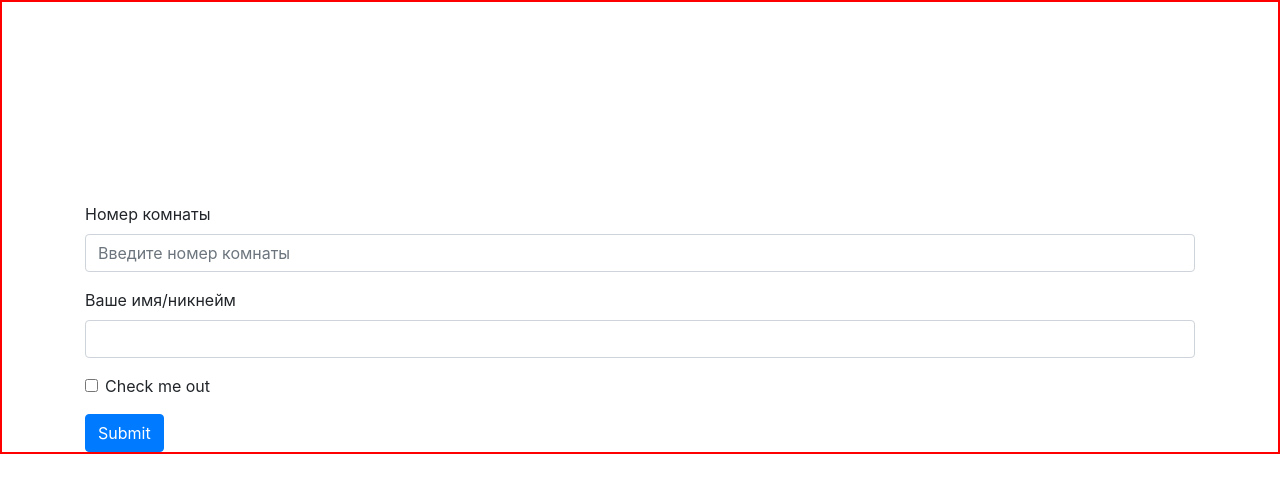
Repository: Hansol46/react-chat
Page: /
An editor plug-in stored every save of this project. The page is shown before and after the next save, followed by the edit.
The browser window is 1280 px wide. The pictures show the whole page.
The project was rebuilt for these pictures with package versions that can differ from the ones it lists, and the page was loaded fresh each time.

Above is the page before, as saved 2020-09-06 21:54:15.

### public/index.html
<!DOCTYPE html>
<html lang="en">
  <head>
    <meta charset="utf-8" />
    <link rel="icon" href="%PUBLIC_URL%/favicon.ico" />
    <meta name="viewport" content="width=device-width, initial-scale=1" />
    <meta name="theme-color" content="#000000" />
    <meta
      name="description"
      content="Web site created using create-react-app"
    />
    <link rel="apple-touch-icon" href="%PUBLIC_URL%/logo192.png" />
    <!--
      manifest.json provides metadata used when your web app is installed on a
      user's mobile device or desktop. See https://developers.google.com/web/fundamentals/web-app-manifest/
    -->
    <link rel="manifest" href="%PUBLIC_URL%/manifest.json" />
    <link rel="stylesheet"
    href="https://stackpath.bootstrapcdn.com/bootstrap/4.5.0/css/bootstrap.min.css"
    integrity="sha384-9aIt2nRpC12Uk9gS9baDl411NQApFmC26EwAOH8WgZl5MYYxFfc+NcPb1dKGj7Sk"
    crossorigin="anonymous">
    <!--
      Notice the use of %PUBLIC_URL% in the tags above.
      It will be replaced with the URL of the `public` folder during the build.
      Only files inside the `public` folder can be referenced from the HTML.

      Unlike "/favicon.ico" or "favicon.ico", "%PUBLIC_URL%/favicon.ico" will
      work correctly both with client-side routing and a non-root public URL.
      Learn how to configure a non-root public URL by running `npm run build`.
    -->
    <title>React App</title>
  </head>
  <body>
    <noscript>You need to enable JavaScript to run this app.</noscript>
    <div id="root"></div>
    <!--
      This HTML file is a template.
      If you open it directly in the browser, you will see an empty page.

      You can add webfonts, meta tags, or analytics to this file.
      The build step will place the bundled scripts into the <body> tag.

      To begin the development, run `npm start` or `yarn start`.
      To create a production bundle, use `npm run build` or `yarn build`.
    -->
  </body>
</html>

### src/App.js
import React from "react";
import "./App.css";
import io from "socket.io-client";

// const socket = io('http://localhost:9999')

function App() {
  const connectSocket = () => {
    io("http://localhost:9999");
  };

  return (
    <div className="App">
      <div className="container">
        <form>
          <div class="form-group">
            <label for="exampleInputEmail1"> Номер комнаты</label>
            <input
              type="text"
              class="form-control"
              id="exampleInputEmail1"
              aria-describedby="emailHelp"
              placeholder='Введите номер комнаты'
            />
            {/* <small id="emailHelp" class="form-text text-muted">
              We'll never share your email with anyone else.
            </small> */}
          </div>
          <div class="form-group">
            <label for="exampleInputPassword1">Ваше имя/никнейм</label>
            <input
              type="password"
              class="form-control"
              id="exampleInputPassword1"
            />
          </div>
          <div class="form-group form-check">
            <input
              type="checkbox"
              class="form-check-input"
              id="exampleCheck1"
            />
            <label class="form-check-label" for="exampleCheck1">
              Check me out
            </label>
          </div>
          <button type="submit" class="btn btn-primary">
            Submit
          </button>
        </form>
      </div>
    </div>
  );
}

export default App;

### src/App.css
.App {
  border: 2px solid red;
  padding-top: 200px;
}

Loaded but not shown: src/index.js (common file); src/index.css (common file)

After the next save:
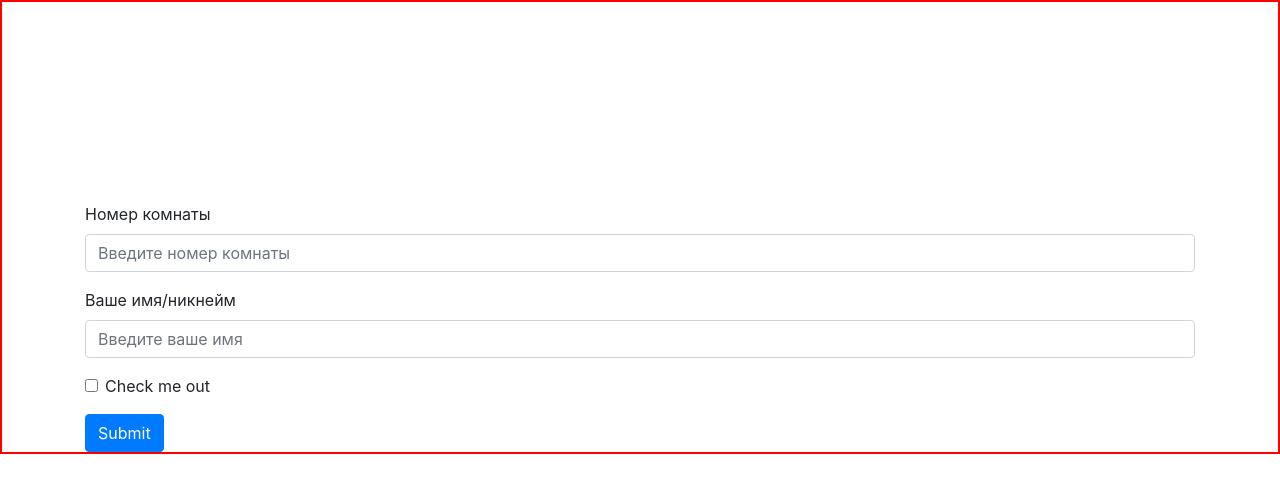
Saved 25 s later.
--- a/src/App.js
+++ b/src/App.js
@@ -32,6 +32,7 @@ function App() {
               type="password"
               class="form-control"
               id="exampleInputPassword1"
+              placeholder='Введите ваше имя'
             />
           </div>
           <div class="form-group form-check">
